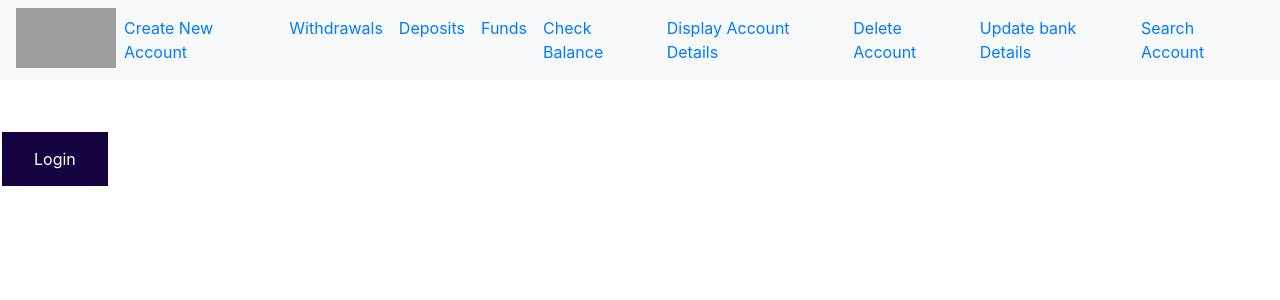
Repository: tumsare400/Adv-Java-Workspace
Page: http://localhost/bank-mvc/WEB-INF/pages/index.jsp
These files come from the project's save history. The page is drawn as it stood at one moment and after the next save; the edit follows.
The browser window is 1280 px wide. The pictures show the whole page.
Pictures or frames that could not be fetched are drawn as grey boxes. The page is served by Tomcat 9. Nobody is signed in. Other server files are loaded and not shown. The template is opened directly, without the code that normally fills it, so the values that code supplies are empty.

Above is the page before, as saved 2019-04-16 03:47:26.

### SpringMVC/bank-mvc/WebContent/WEB-INF/pages/index.jsp
<%@ page language="java" contentType="text/html; charset=ISO-8859-1"
    pageEncoding="ISO-8859-1"%>
<!DOCTYPE html>
<html lang="en">
<head>
<title>HOME PAGE</title>
<meta charset="utf-8">
<meta name="viewport" content="width=device-width, initial-scale=1">
<link rel="stylesheet"
	href="https://maxcdn.bootstrapcdn.com/bootstrap/4.3.1/css/bootstrap.min.css">
<script
	src="https://ajax.googleapis.com/ajax/libs/jquery/3.3.1/jquery.min.js"></script>
<script
	src="https://cdnjs.cloudflare.com/ajax/libs/popper.js/1.14.7/umd/popper.min.js"></script>
<script
	src="https://maxcdn.bootstrapcdn.com/bootstrap/4.3.1/js/bootstrap.min.js"></script>
<style>
.button {
	background-color: rgb(21, 2, 65);
	border: none;
	color: white;
	padding: 15px 32px;
	text-align: center;
	text-decoration: none;
	display: inline-block;
	font-size: 16px;
	margin: 4px 2px;
	cursor: pointer;
}
</style>
</head>
<body>
	<div class="container"></div>
	<nav class="navbar navbar-expand-sm bg-light">
		<ul class="navbar-nav">
			<li class="nav-item"><img src="images/logo.jpg" width="100"
				height="60"></li>
			<li class="nav-item"><a class="nav-link" href="/bank-mvc/app/bank/new_account">Create New Account</a></li>
			<li class="nav-item"><a class="nav-link" href="/bank-mvc/app/bank/withdrawPage">Withdrawals</a></li>
			<li class="nav-item"><a class="nav-link" href="/bank-mvc/app/bank/depositPage">Deposits</a></li>
			<li class="nav-item"><a class="nav-link" href="/bank-mvc/app/bank/fundsPage">Funds</a></li>
			<li class="nav-item"><a class="nav-link" href="/bank-mvc/app/bank/cbPage">Check Balance</a></li>
			<li class="nav-item"><a class="nav-link" href="/bank-mvc/app/bank/dadPage">Display Account Details</a></li>
			<li class="nav-item"><a class="nav-link" href="/bank-mvc/app/bank/deletePage">Delete Account</a></li>
			<li class="nav-item"><a class="nav-link" href="/bank-mvc/app/bank/updatePage">Update bank Details</a></li>
			<li class="nav-item"><a class="nav-link" href="/bank-mvc/app/bank/searchAccountPage">Search Account</a></li>
		</ul>

	</nav>
	<br>
	<br>
		<a href="login1.jsp" class="button"> Login</a>
</body>
</html>

After the next save:
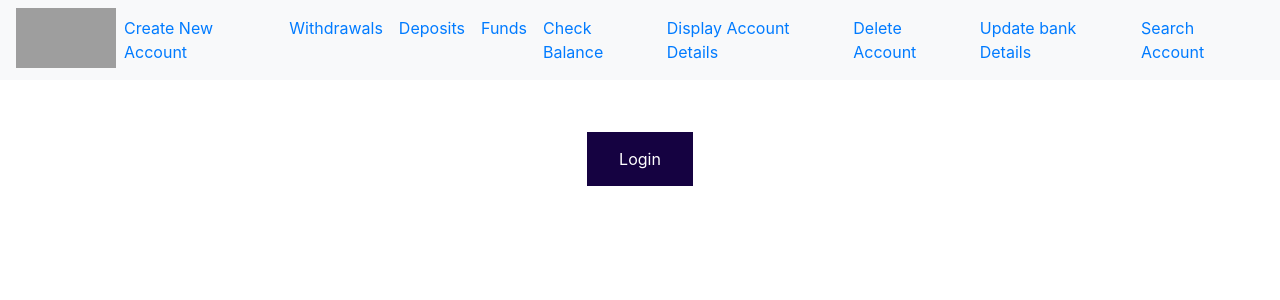
Saved 86 s later.
--- a/SpringMVC/bank-mvc/WebContent/WEB-INF/pages/index.jsp
+++ b/SpringMVC/bank-mvc/WebContent/WEB-INF/pages/index.jsp
@@ -49,6 +49,6 @@
 	</nav>
 	<br>
 	<br>
-		<a href="login1.jsp" class="button"> Login</a>
+		<center><a href="login1.jsp" class="button"> Login</a></center>
 </body>
 </html>
